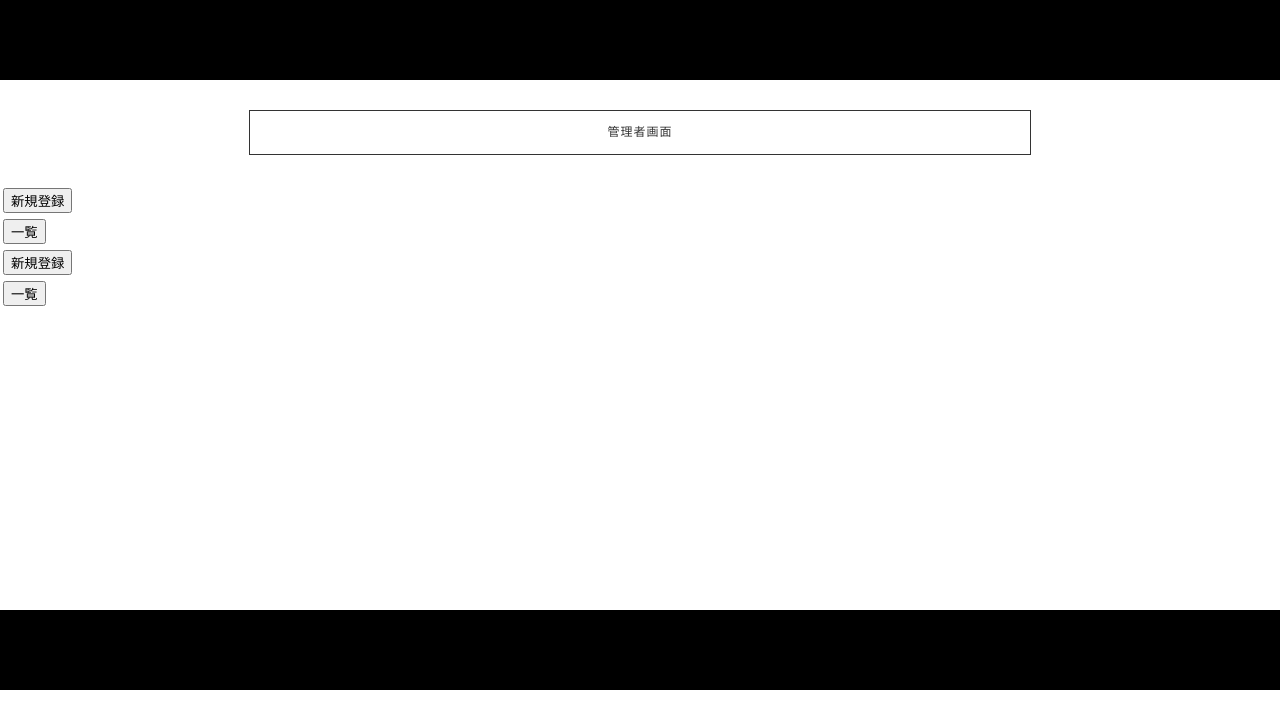
Repository: hiraide8/test
Page: http://localhost/ecsite/admin.jsp
The author's editor kept a copy of each file at every save. The page is drawn from the files as they stood at one save, then again after the next save.
The browser window is 1280 px wide. The pictures show the whole page.
The page is served by Tomcat 9.

Above is the page before, as saved 2019-01-23 10:47:12.

After the next save:
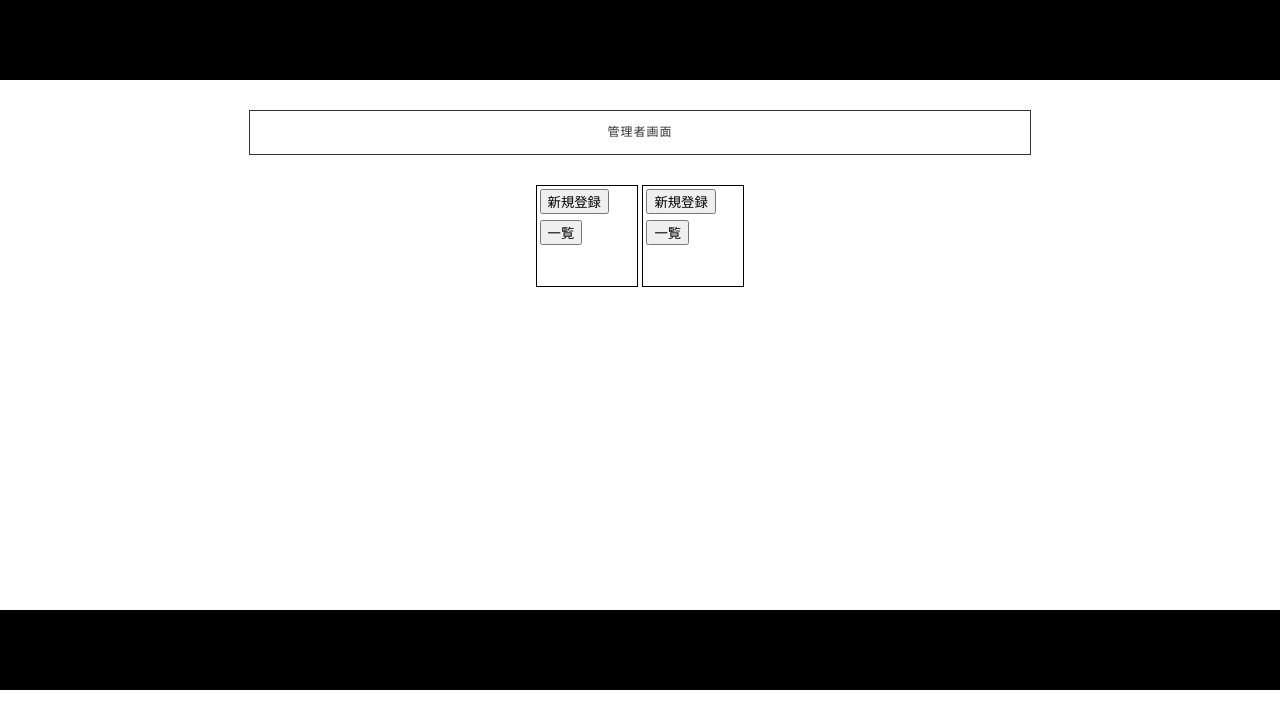
Saved 9 min 22 s later.
--- a/ecsite/WebContent/admin.jsp
+++ b/ecsite/WebContent/admin.jsp
@@ -45,6 +45,15 @@
                   background-color:black;
                   clear:both;
                 }
+       /* ========CLASS LAYOUT======== */
+                .aaa{
+                  margin:0 auto;
+                  text-align:center;
+                  display:inline-block;
+                  width:100px;
+                  height:100px;
+                  border:1px solid black;
+                }
        </style>
 </head>
 <body>
